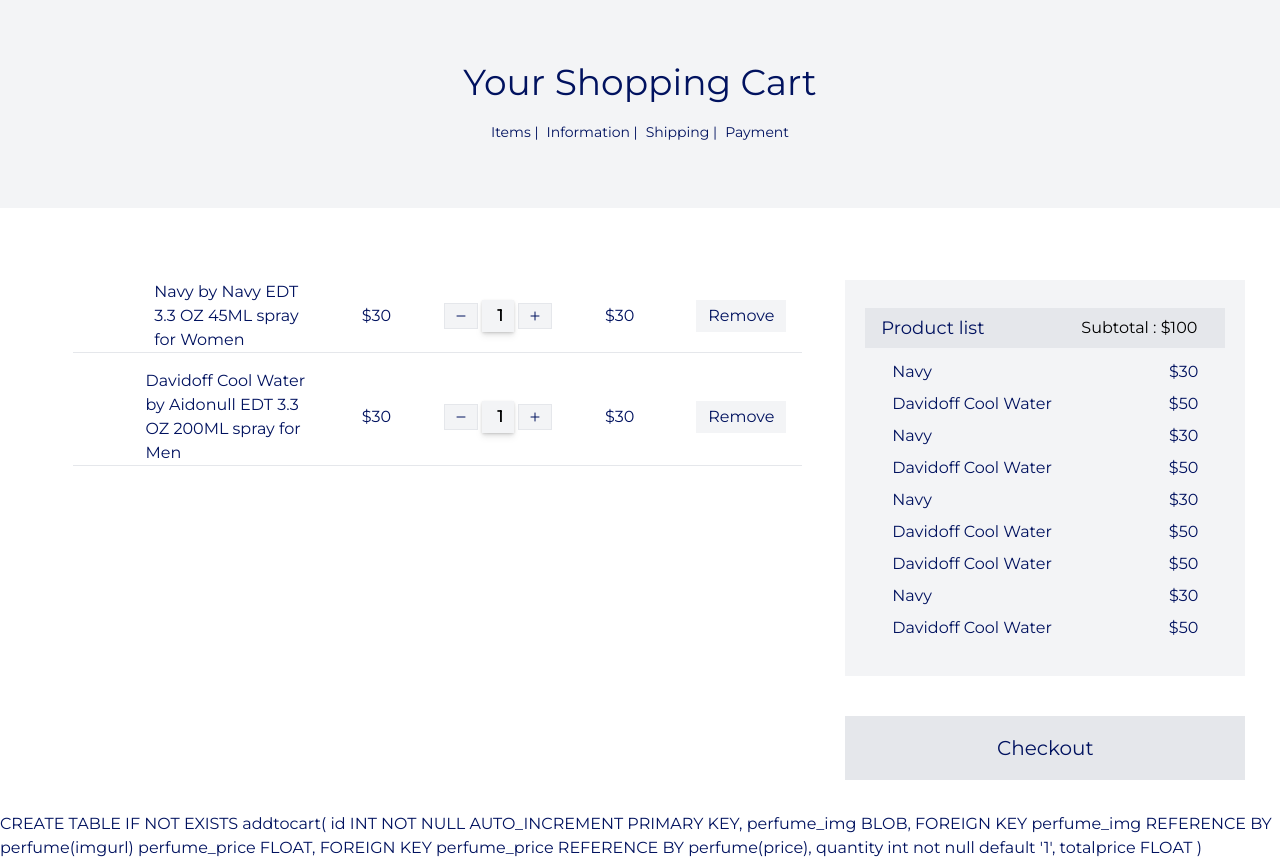
Repository: hsumyatm7308/ecommerce-small-shopping
Page: http://localhost/mvcshop/shopcartpage.php
The author's editor kept a copy of each file at every save. The page is drawn from the files as they stood at one save, then again after the next save.
The browser window is 1280 px wide. The pictures show the whole page.
Some web libraries are served in a nearby version. The page is run by PHP 8.4 with error messages shown; the project is at /var/www/html/. Queries for data that is not in the repository find no rows.

Above is the page before, as saved 2023-08-11 01:36:11.

### shopcartpage.php
<!DOCTYPE html>
<html>

<head>
    <meta charset="UTF-8">
    <meta name="viewport" content="width=device-width, initial-scale=1.0">
    <title>Shopping</title>
    <link rel="stylesheet" href="./css/style.css">
    <script src="https://cdn.tailwindcss.com"></script>
    <script src="https://code.jquery.com/jquery-3.6.0.min.js"
        integrity="sha256-/xUj+3OJU5yExlq6GSYGSHk7tPXikynS7ogEvDej/m4=" crossorigin="anonymous"></script>
    <script src="https://cdnjs.cloudflare.com/ajax/libs/popper.js/1.12.9/umd/popper.min.js"
        integrity="sha384-ApNbgh9B+Y1QKtv3Rn7W3mgPxhU9K/ScQsAP7hUibX39j7fakFPskvXusvfa0b4Q"
        crossorigin="anonymous"></script>
    <script src="https://maxcdn.bootstrapcdn.com/bootstrap/4.0.0/js/bootstrap.min.js"
        integrity="sha384-JZR6Spejh4U02d8jOt6vLEHfe/JQGiRRSQQxSfFWpi1MquVdAyjUar5+76PVCmYl"
        crossorigin="anonymous"></script>

</head>

<body>

    <section>
        <div class="w-full h-52 bg-gray-100 flex justify-center itmes-center">
            <div class="flex justify-center itmes-center flex-col">
                <h1 class="text-4xl"> Your Shopping Cart</h1>

                <div class="mt-4">
                    <ul class="flex justify-center itmes-center text-sm">
                        <li class="p-1">Items |</li>
                        <li class="p-1 ">Information |</li>
                        <li class="p-1">Shipping |</li>
                        <li class="p-1 ">Payment</li>
                    </ul>
                </div>
            </div>
        </div>
    </section>

    <section>
        <div class="w-full p-8">
            <div class="grid grid-cols-3">
                <div class="col-span-2 flex justify-center items-start">

                    <div class="w-[90%] mt-10">

                        <div class=" grid grid-cols-6 justify-center items-center border-b mb-4">
                            <div class="col-span-2 flex justify-center items-center">
                                <img src="./assets/img/perfume/men/men1.jpg" alt="" class="" width="100px">
                                <span class="ml-10">Navy by Navy EDT 3.3 OZ 45ML spray for Women</span>
                            </div>

                            <div class="flex justify-center items-center">
                                <p>$30</p>
                            </div>

                            <div class=" flex justify-center items-center">

                                <div class="  flex justify-center items-center p-1">

                                    <div class="item flex justify-center items-center p-1">
                                        <div class="flex items-center">
                                            <span id="decrease" class="bg-gray-100 border px-2 py-1 m-1 decrease">
                                                <svg xmlns="http://www.w3.org/2000/svg" fill="none" viewBox="0 0 24 24"
                                                    stroke-width="1.5" stroke="currentColor" class="w-4 h-4">
                                                    <path stroke-linecap="round" stroke-linejoin="round" d="M18 12H6" />
                                                </svg>
                                            </span>

                                            <span
                                                class="w-8 h-8 bg-gray-100 text-[#000] font-semibold shadow drop-shadow-md flex justify-center items-center">
                                                <input type="text" class="w-8 bg-gray-100 focus:outline-none valueInput"
                                                    value=" 1" style="text-align:center;">
                                            </span>

                                            <span id="increase" class="bg-gray-100 border px-2 py-1 m-1 increase">
                                                <svg xmlns="http://www.w3.org/2000/svg" fill="none" viewBox="0 0 24 24"
                                                    stroke-width="1.5" stroke="currentColor" class="w-4 h-4">
                                                    <path stroke-linecap="round" stroke-linejoin="round"
                                                        d="M12 6v12m6-6H6" />
                                                </svg>
                                            </span>
                                        </div>
                                    </div>

                                </div>

                            </div>

                            <div class="flex justify-center items-center">
                                <p>$30</p>
                            </div>

                            <div class="flex justify-center items-center">
                                <button class="px-3 py-1 bg-gray-100">Remove</button>
                            </div>

                        </div>

                        <div class=" grid grid-cols-6 justify-center items-center border-b mb-4">
                            <div class="col-span-2 flex justify-center items-center">
                                <img src="./assets/img/perfume/men/men1.jpg" alt="" class="" width="100px">
                                <span class="ml-10">Davidoff Cool Water by Aidonull EDT 3.3 OZ 200ML spray for
                                    Men</span>
                            </div>

                            <div class="flex justify-center items-center">
                                <p>$30</p>
                            </div>

                            <div class=" flex justify-center items-center">

                                <div class="  flex justify-center items-center p-1">

                                    <div class="item flex justify-center items-center p-1">
                                        <div class="flex items-center">
                                            <span id="decrease" class="bg-gray-100 border px-2 py-1 m-1 decrease">
                                                <svg xmlns="http://www.w3.org/2000/svg" fill="none" viewBox="0 0 24 24"
                                                    stroke-width="1.5" stroke="currentColor" class="w-4 h-4">
                                                    <path stroke-linecap="round" stroke-linejoin="round" d="M18 12H6" />
                                                </svg>
                                            </span>

                                            <span
                                                class="w-8 h-8 bg-gray-100 text-[#000] font-semibold shadow drop-shadow-md flex justify-center items-center">
                                                <input type="text" class="w-8 bg-gray-100 focus:outline-none valueInput"
                                                    value=" 1" style="text-align:center;">
                                            </span>

                                            <span id="increase" class="bg-gray-100 border px-2 py-1 m-1 increase">
                                                <svg xmlns="http://www.w3.org/2000/svg" fill="none" viewBox="0 0 24 24"
                                                    stroke-width="1.5" stroke="currentColor" class="w-4 h-4">
                                                    <path stroke-linecap="round" stroke-linejoin="round"
                                                        d="M12 6v12m6-6H6" />
                                                </svg>
                                            </span>
                                        </div>
                                    </div>

                                </div>

                            </div>

                            <div class="flex justify-center items-center">
                                <p>$30</p>
                            </div>

                            <div class="flex justify-center items-center">
                                <button class="px-3 py-1 bg-gray-100">Remove</button>
                            </div>

                        </div>


                        <?php require_once "cart.php" ?>



                    </div>
                </div>
                <div class="w-full flex justify-start items-center flex-col">
                    <div class="w-[400px] min-h-[300px] bg-gray-100 mt-10 flex  items-center flex-col px-5 py-7">
                        <div class="w-full h-10 bg-gray-200 flex justify-between items-center">
                            <h1 class="text-lg ml-4">Product list</h1>
                            <h1 class="text-black mr-7">Subtotal : $100</h1>
                        </div>
                        <div class="w-[85%] flex items-center flex-col mt-3">

                            <li class="w-full flex justify-between mb-2"><span>Navy</span> <span>$30</span></li>
                            <li class="w-full flex justify-between  mb-2"><span>Davidoff Cool Water</span>
                                <span>$50</span>
                            </li>
                            <li class="w-full flex justify-between  mb-2"><span>Navy</span> <span>$30</span></li>
                            <li class="w-full flex justify-between  mb-2"><span>Davidoff Cool Water</span>
                                <span>$50</span>
                            </li>
                            <li class="w-full flex justify-between  mb-2"><span>Navy</span> <span>$30</span></li>
                            <li class="w-full flex justify-between  mb-2"><span>Davidoff Cool Water</span>
                                <span>$50</span>
                            </li>
                            <li class="w-full flex justify-between  mb-2"><span>Davidoff Cool Water</span>
                                <span>$50</span>
                            </li>
                            <li class="w-full flex justify-between  mb-2"><span>Navy</span> <span>$30</span></li>
                            <li class="w-full flex justify-between  mb-2"><span>Davidoff Cool Water</span>
                                <span>$50</span>
                            </li>



                        </div>
                    </div>

                    <div class="w-[400px] h-16 bg-gray-200 flex justify-center items-center mt-10 ">
                        <a href="./informationpage.html" class="text-xl">Checkout</a>
                    </div>
                </div>

            </div>

        </div>
    </section>




    <script>
        const items = document.querySelectorAll('.item');

        items.forEach(item => {
            const decreaseButton = item.querySelector('.decrease');
            const increaseButton = item.querySelector('.increase');
            const valueInput = item.querySelector('.valueInput');


            decreaseButton.addEventListener('click', () => {
                let currentValue = parseInt(valueInput.value);
                if (!isNaN(currentValue)) {
                    valueInput.value = Math.max(currentValue - 1, 0);
                }

                console.log(item)

            });

            increaseButton.addEventListener('click', () => {
                let currentValue = parseInt(valueInput.value);
                if (!isNaN(currentValue)) {
                    valueInput.value = currentValue + 1;
                }

                console.log("hi")
            });
        });
    </script>

</body>

</html>



<!-- CREATE TABLE IF NOT EXISTS customers(

    id INT NOT NULL AUTO_INCREMENT PRIMARY KEY,
    name VARCHAR (256),
    email VARCHAR (255),
    address VARCHAR(320),
    payment ENUM('COD','Paypal'),
    shipping ENUM('fast','faster','fastest'),
    perfume_id INT,
    FOREIGN KEY perfume_id REFERENCE BY perfume(id)

)
-->
CREATE TABLE IF NOT EXISTS addtocart(
    id INT NOT NULL AUTO_INCREMENT PRIMARY KEY,
    perfume_img BLOB,
    FOREIGN KEY perfume_img REFERENCE BY perfume(imgurl)
    perfume_price FLOAT,
    FOREIGN KEY perfume_price REFERENCE BY perfume(price),

    quantity int not null default '1',
    totalprice FLOAT


)

### cart.php
<?php
// error_reporting(E_ALL);
// ini_set('display_errors', '1');

// require_once "database.php";

$cartstmt = null;

if ($_SERVER["REQUEST_METHOD"] === "POST") {
    if (isset($_POST["quantity"])) {
        $quantity = $_POST["quantity"];
        $id = $_GET['items'];
        // $perfumename = $_POST["perfumeName"];
        // $brandname = $_POST["brandName"];

        // echo $quantity, $id,$perfumename,$brandname;

        try {
            $conn = new PDO("mysql:host=localhost;dbname=perumdej", "root", "");

            $cartstmt = $conn->prepare("SELECT * FROM perfume WHERE id = :id");
            $cartstmt->bindParam(':id', $id);
            $cartstmt->execute();

            while ($row = $cartstmt->fetch()) {

                echo $row['perfume_name'];

            }

        } catch (PDOException $e) {
            echo "PDOException: " . $e->getMessage();
        }

    } else {
        echo "Quantity parameter is missing in the request.";
    }
}
?>



    <!-- <div class=" grid grid-cols-6 justify-center items-center border-b mb-4">
        <div class="col-span-2 flex justify-center items-center">
            <img src="./assets/img/perfume/men/men1.jpg" alt="" class="" width="100px">
            <span class="ml-10">

            </span>
        </div>

        <div class="flex justify-center items-center">
            <p>$30</p>
        </div>

        <div class=" flex justify-center items-center">

            <div class="  flex justify-center items-center p-1">

                <div class="item flex justify-center items-center p-1">
                    <div class="flex items-center">
                        <span id="decrease" class="bg-gray-100 border px-2 py-1 m-1 decrease">
                            <svg xmlns="http://www.w3.org/2000/svg" fill="none" viewBox="0 0 24 24" stroke-width="1.5"
                                stroke="currentColor" class="w-4 h-4">
                                <path stroke-linecap="round" stroke-linejoin="round" d="M18 12H6" />
                            </svg>
                        </span>

                        <span
                            class="w-8 h-8 bg-gray-100 text-[#000] font-semibold shadow drop-shadow-md flex justify-center items-center">
                            <input type="text" class="w-8 bg-gray-100 focus:outline-none valueInput" value=" 1"
                                style="text-align:center;">
                        </span>

                        <span id="increase" class="bg-gray-100 border px-2 py-1 m-1 increase">
                            <svg xmlns="http://www.w3.org/2000/svg" fill="none" viewBox="0 0 24 24" stroke-width="1.5"
                                stroke="currentColor" class="w-4 h-4">
                                <path stroke-linecap="round" stroke-linejoin="round" d="M12 6v12m6-6H6" />
                            </svg>
                        </span>
                    </div>
                </div>

            </div>

        </div>

        <div class="flex justify-center items-center">
            <p>$30</p>
        </div>

        <div class="flex justify-center items-center">
            <button class="px-3 py-1 bg-gray-100">Remove</button>
        </div>

    </div> -->

### css/style.css
@import url('https://fonts.googleapis.com/css2?family=Montserrat&display=swap');
body {

    font-family: 'Montserrat', sans-serif;
    /* font-family: capitolina, serif; */
    /* font-family: 'Courier New', Courier, monospace; */
    font-style: normal;
    font-weight: 300;
    color: #01125f;

    margin: 0;
    padding: 0;

    overflow-x: hidden;






}

@import url('https://fonts.googleapis.com/css2?family=Crimson+Text&family=Oswald:wght@300&display=swap');

nav{
    /* font-family: 'Crimson Text', serif;
    font-family: 'Oswald', sans-serif; */
    color: #01125f;


}


.imgctn{
    display: grid;
    grid-template-columns: 3;

}

### sortingindex.php
<div>
    <ul class="flex justify-center items-center">
        <li class="font-bold mr-5">Sort by : </li>
        <form action="" method="post" class="flex justify-center items-center">
            <?php


            if (isset($_POST['asc'])) {


                echo '<li class="mr-5">
                                <button type="submit" name="asc" class="text-gray-500 p-1">Ascending price</button>
                            </li>';
            } else {
                echo '<li class="mr-5">
                            <button type="submit" name="asc" class="">Ascending price</button>
                        </li>';
            }
            if (isset($_POST['dec'])) {
                echo '<li class="mr-5">
                                <button type="submit" name="dec" class="text-gray-500">Descending price</button>
                            </li>';
            } else {
                echo '<li class="mr-5">
                                <button type="submit" name="dec" class="text--500">Descending price</button>
                            </li>';
            }

            if (isset($_POST['rev'])) {
                echo '<li class="mr-5">
                                <button type="submit" name="rev" class="text-gray-500">Review </button>
                            </li>';
            } else {
                echo '<li class="mr-5">
                                <button type="submit" name="rev" class="text--500">Review </button>
                            </li>';
            }


            ?>
        </form>
    </ul>
</div>

### brandname/brandnameall.php
<?php
require_once "database.php";

try {
    global $conn;

    $stmt = $conn->prepare("SELECT fsletter FROM perfume  ORDER BY fsletter ASC");
    $stmt->execute();


    $shownLetters = array();

} catch (Exception $e) {
    echo "Error Found: " . $e->getMessage();
}
?>


<?php
$currentPage = 1;
?>

<?php while ($row = $stmt->fetch()): ?>
    <?php
    if (!in_array($row['fsletter'], $shownLetters)) {
        $shownLetters[] = $row['fsletter'];

        $letter = $row['fsletter'];
        if (isset($_GET['letters']) && $_GET['letters'] === $letter) {
            $backgroundClass = "bg-gray-400 text-white";
        } else {
            $backgroundClass = "bg-gray-100";
        }
        ?>

        <li class="w-7 h-7 flex justify-center items-center m-1 letter-link <?php echo $backgroundClass; ?>">
            <a href="index.php?page=<?php echo $currentPage; ?>&letters=<?php echo urlencode($letter); ?>"><?php echo $letter; ?></a>
        </li>

    <?php } ?>
<?php endwhile; ?>

### database.php
<?php
$servername = "localhost";
$username = "root";
$password = "";
$dbname = "perumdej";

try {
    // Create a database connection
    $conn = new PDO("mysql:host=$servername;dbname=$dbname", $username, $password);
    $conn->setAttribute(PDO::ATTR_ERRMODE, PDO::ERRMODE_EXCEPTION);

    // if ($_SERVER["REQUEST_METHOD"] == "POST") {
    //     $imageData = file_get_contents($_FILES['image']['tmp_name']);

    //     $stmt = $conn->prepare("UPDATE perfume SET imgurl = :imgurl WHERE id = :id");




    //     $id = 1;



    //     $stmt->bindParam(':id', $id, PDO::PARAM_INT);
    //     $stmt->bindParam(':imgurl', $imageData);



    //     $stmt->execute();

    //     echo "Image inserted successfully.";
    // }
} catch (PDOException $e) {
    echo "Error: " . $e->getMessage();
}




?>

### pagination.php
<?php
require_once "database.php";

try {
    global $conn;

    $stmt = $conn->prepare("SELECT id, perfume_name, brand_name, category_name, price, imgurl,mili FROM perfume");
    $stmt->execute(); // Execute the query to fetch data


    $pricestmt = $conn->prepare("SELECT id, perfume_name, brand_name, category_name, price, imgurl, mili FROM perfume WHERE price BETWEEN :startprice AND :endprice AND category_name IN ('Men','Unisex','Women')");
    $pricestmt->bindParam(':startprice', $startprice, PDO::PARAM_INT);
    $pricestmt->bindParam(':endprice', $endprice, PDO::PARAM_INT);
    $pricestmt->execute();

} catch (Exception $e) {
    echo "Error Found: " . $e->getMessage();
}




?>

Loaded but not shown: backendfunction/allfrg.php (607 lines, source omitted); index.php (268 lines, source omitted); headersection.php (175 lines, source omitted)

After the next save:
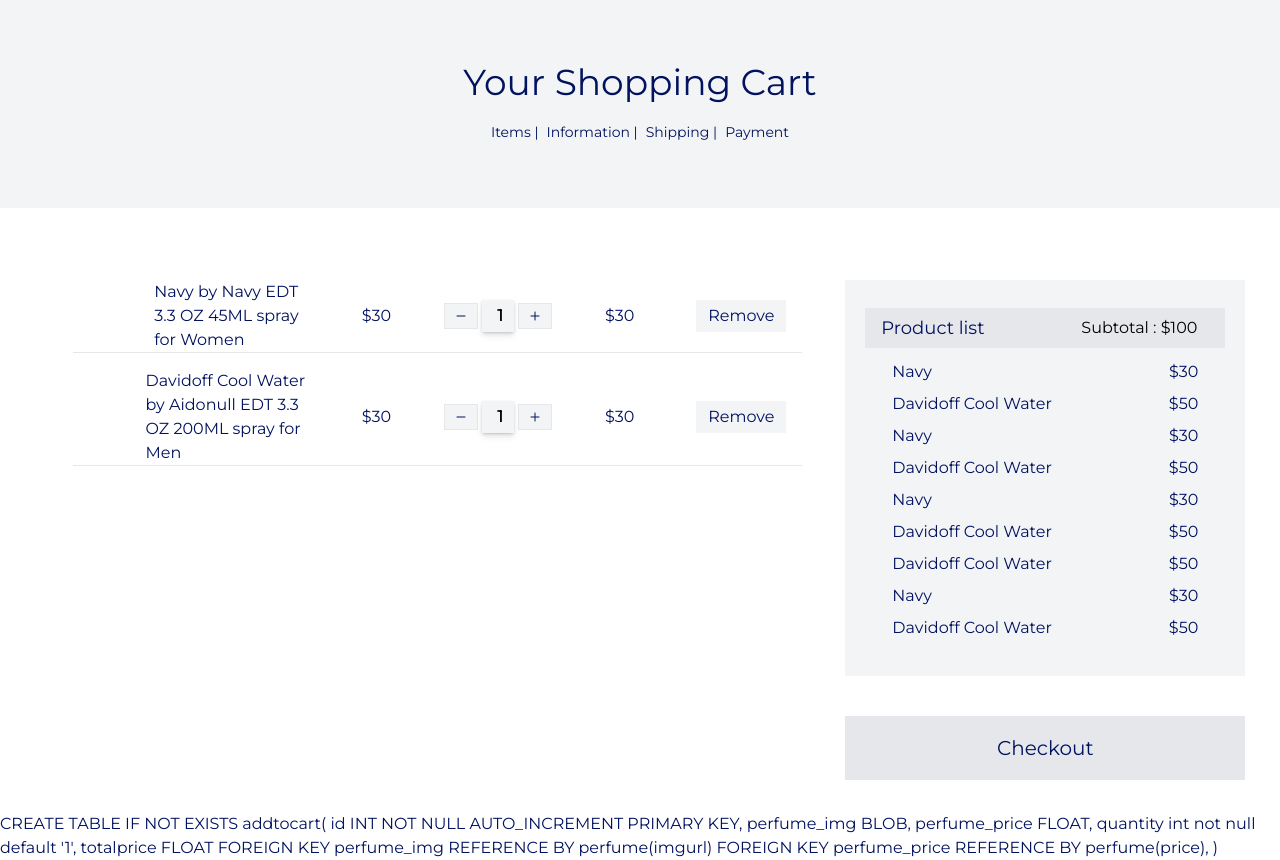
Saved 2 min 10 s later.
--- a/shopcartpage.php
+++ b/shopcartpage.php
@@ -256,12 +256,12 @@
 CREATE TABLE IF NOT EXISTS addtocart(
     id INT NOT NULL AUTO_INCREMENT PRIMARY KEY,
     perfume_img BLOB,
-    FOREIGN KEY perfume_img REFERENCE BY perfume(imgurl)
     perfume_price FLOAT,
-    FOREIGN KEY perfume_price REFERENCE BY perfume(price),
 
     quantity int not null default '1',
     totalprice FLOAT
+    FOREIGN KEY perfume_img REFERENCE BY perfume(imgurl)
+    FOREIGN KEY perfume_price REFERENCE BY perfume(price),
 
 
 )
